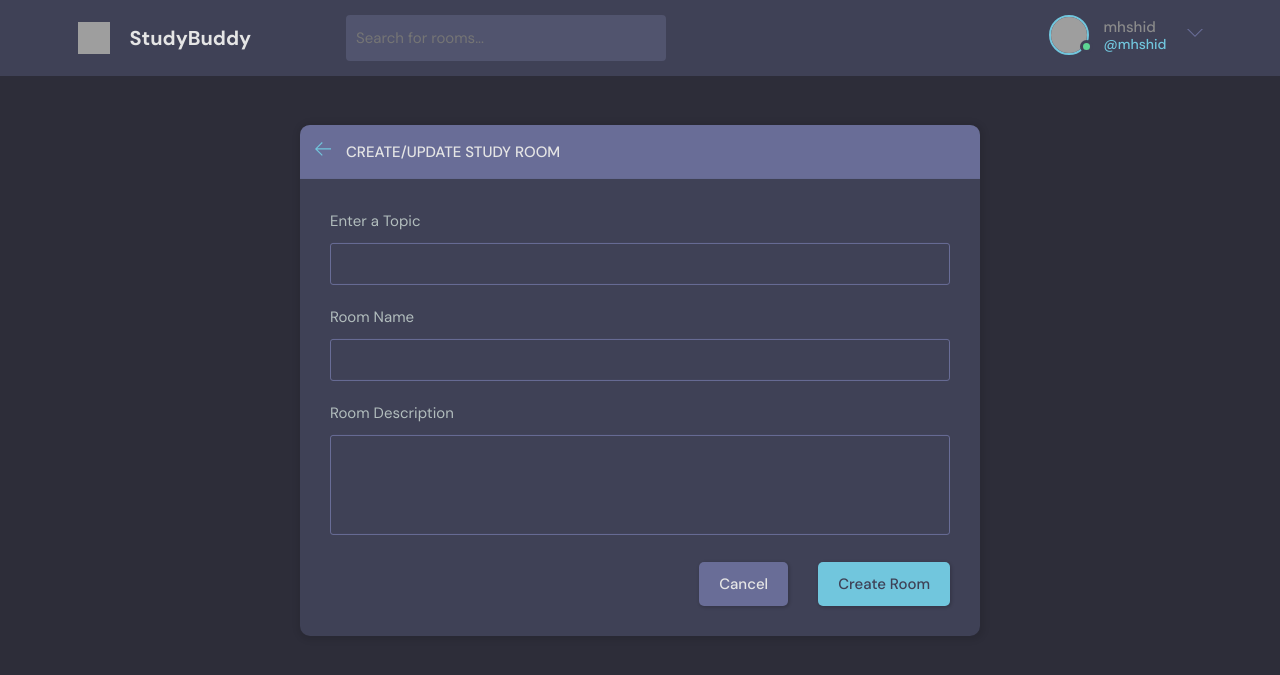
Repository: mahshid-o/basu-platform
Page: http://localhost/create-room/
These files come from the project's save history. The page is drawn as it stood at one moment and after a run of saves; the edit follows.
The browser window is 1280 px wide. The pictures show the whole page.
Pictures or frames that could not be fetched are drawn as grey boxes. The page is served by the project's application, run on Django 4.2 (manage.py). The first stored user is signed in. The page reads the database file committed with the project.

Above is the page before, as saved 2024-02-11 20:48:54.

After the next 2 saves:
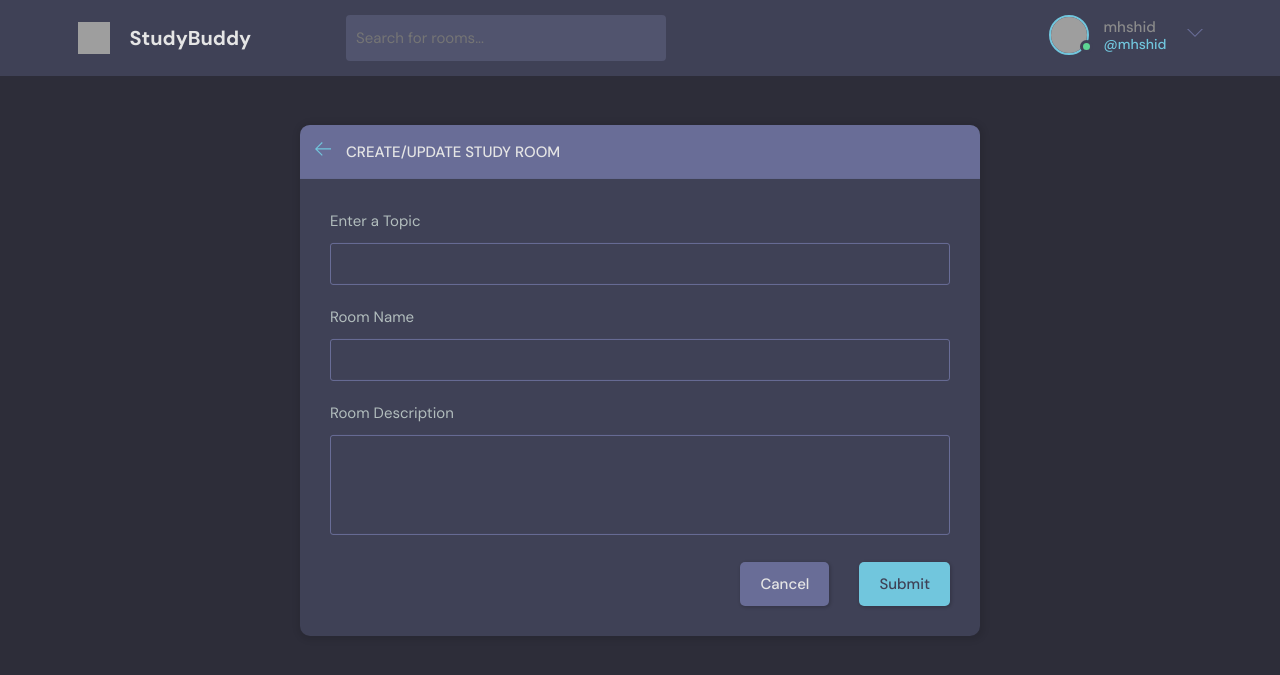
The 2 saves are shown as one change because they came seconds apart.
The last was saved 117 s later.
--- a/base/templates/base/room_form.html
+++ b/base/templates/base/room_form.html
@@ -59,7 +59,7 @@
 
             <div class="form__action">
               <a class="btn btn--dark" href="index.html">Cancel</a>
-              <button class="btn btn--main" type="submit">Create Room</button>
+              <button class="btn btn--main" type="submit">Submit</button>
             </div>
           </form>
         </div>
